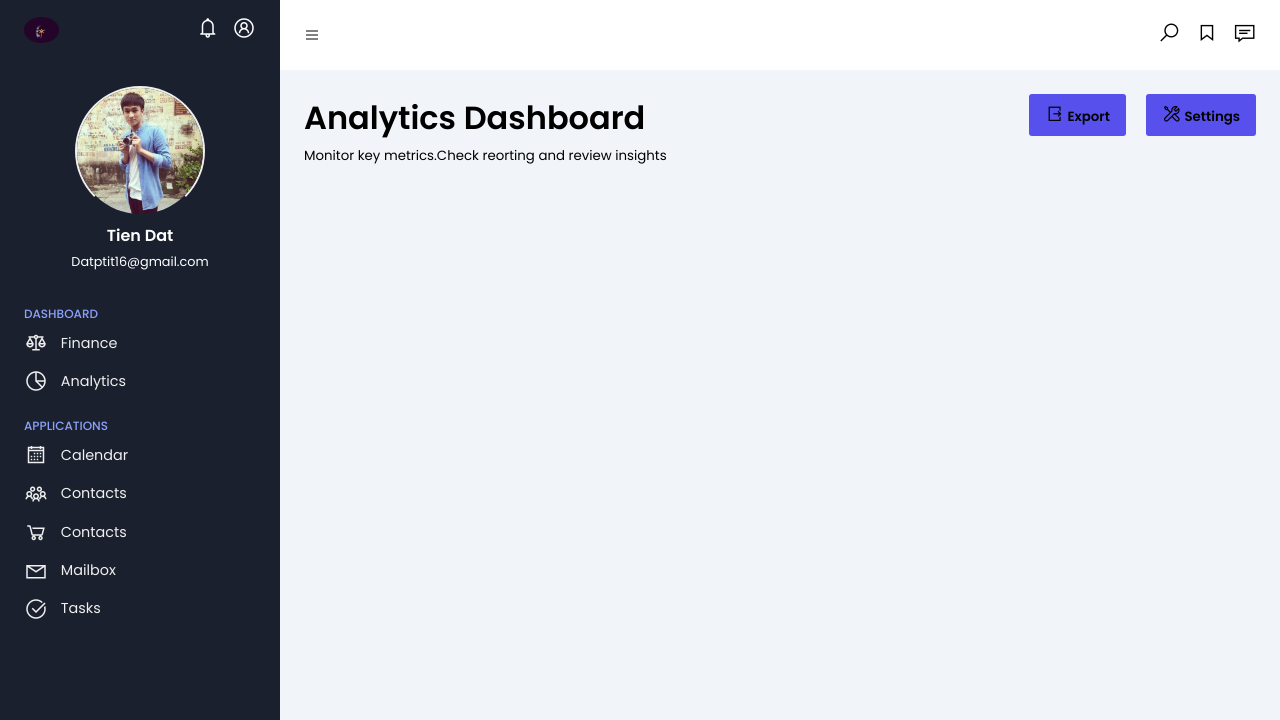
Repository: Datt21/dashboard-fe-project
Page: index.html
The author's editor kept a copy of each file at every save. The page is drawn from the files as they stood at one save, then again after the next save.
The browser window is 1280 px wide. The pictures show the whole page.

Above is the page before, as saved 2021-06-08 15:08:45.

### index.html
<!DOCTYPE html>
<html lang="en">
<head>
    <meta charset="UTF-8">
    <meta http-equiv="X-UA-Compatible" content="IE=edge">
    <meta name="viewport" content="width=device-width, initial-scale=1.0 maxium-scale=1.0">

    <!-- =============== UNICONS =================== -->
    <link rel="stylesheet" href="https://maxst.icons8.com/vue-static/landings/line-awesome/line-awesome/1.3.0/css/line-awesome.min.css">
    <!-- =============== GOOGLE FONT =============== -->

    <!-- =============== CSS ================== -->
    <link rel="stylesheet" href="./assets/css/style.css">

    <title>Tien Dat Admin Dashboard</title>

</head>
<body>
    <!-- ========== SIDEBAR======== -->
    <div class="sidebar">
    <!-- brand -->
         <div class="sidebar__brand">
             <div class="brand__flex">
                 <img src="./img/loGO1.jpg" width="35px" alt="">

                 <div class="brand__icons">
                     <span class="las la-bell"></span>
                     <span class="las la-user-circle"></span>
                 </div>
             </div>
         </div>
    <!-- main -->
         <div class="sidebar__main">
             <div class="sidebar__user">
                 <img src="./img/119942988_206292647508421_8132941228799644311_n.jpg" alt="">
                 <div>
                     <h3> Tien Dat</h3>
                     <span> Datptit16@gmail.com</span>
                 </div>
             </div>
             <div class="sidebar__menu">
                 <div class="menu-head">
                     <span> Dashboard</span>
                 </div>
                 <ul>
                     <li>
                         <a href="">
                         <span class="las la-balance-scale"></span>
                        Finance
                        </a>
                    </li>
                     <li>
                         <a href=""><span class="las la-chart-pie"></span>
                        Analytics
                         </a>
                    </li>
                 </ul>

                 <div class="menu-head">
                    <span> Applications</span>
                </div>
                <ul>
                    <li>
                        <a href="">
                        <span class="las la-calendar"></span>
                       Calendar
                       </a>
                   </li>
                    <li>
                        <a href=""><span class="las la-users"></span>
                       Contacts
                        </a>
                   </li>
                    <li>
                        <a href=""><span class="las la-shopping-cart"></span>
                       Contacts
                        </a>
                   </li>
                    <li>
                        <a href=""><span class="las la-envelope"></span>
                       Mailbox
                        </a>
                   </li>
                    <li>
                        <a href=""><span class="las la-check-circle"></span>
                       Tasks
                        </a>
                   </li>
                </ul>
             </div>
         </div>
    </div>

    <!-- ================== MAIN CONTENT===================== -->
    <div class="main__content">
        <header>
            <div class="menu__toggle">
                <lable for="">
                    <span class="las la-bars"></span>
                </lable>
            </div>

            <div class="hearder__icons">
                <span class="las la-search"></span>
                <span class="las la-bookmark"></span>
                <span class="las la-sms"></span>
            </div>
        </header>

        <main>
            <div class="page__header">
                <div>
                    <h1>Analytics Dashboard</h1>
                    <small>Monitor key metrics.Check reorting and review insights</small>
                </div>

                <div class="header__actions">
                    <button>
                        <span class="las la-file-export"></span>
                        Export
                    </button>
                    <button>
                        <span class="las la-tools"></span>
                        Settings
                    </button>
                </div>
            </div>
        </main>
    </div>
</body>
</html>

### assets/css/style.css
@import url('https://fonts.googleapis.com/css2?family=Poppins:wght@300;400;500;600&display=swap');

:root{
    --color-main: #1a202e;
}

*{
    font-family: 'Poppins', sans-serif ;
    box-sizing: border-box;
    text-decoration: none;
    list-style-type: none;
    margin: 0;
    padding: 0;
}

.sidebar{
    width: 280px;
    position: fixed;
    left: 0;
    top: 0;
    height: 100%;
    padding: 1rem 1.5rem;
    background: var(--color-main);
    color: #fff;
}

.sidebar__brand{
    height: 70px;
}

.brand__flex{
    display: flex;
    justify-content: space-between;
    align-items: center;
}

.brand__flex img{
    border-radius: 50%;
}

.brand__icons span{
    font-size: 1.5rem;
    margin-left: 0.5rem;
}

.sidebar__user{
    margin: 0rem 0rem 1rem 0rem;
    text-align: center;
}

.sidebar__user img{
    width: 130px;
    height: 130px;
    border-radius: 50%;
    border: 2px solid #efefef;
    border-top: 2px solid #efefef;
    border-left: 2px solid #efefef;
    border-right: 2px solid #efefef;
    border-bottom: 2px solid transparent;
}

.sidebar__user h3{
    font-size: 1rem;
}

.sidebar__user span{
    font-size: .8rem;
}

.sidebar__menu {
    margin-top: 2rem;
}

.menu-head {
    text-transform: uppercase;
    color: #8da2fb;
    font-size: .75rem;
    font-weight: 500;
    margin-bottom: 0.5rem;
}

.sidebar__menu ul{
    margin-bottom: 1.5rem;
}

.sidebar__menu li{
    margin-bottom: 0.9rem;

}

.sidebar__menu li a{
    color: #efefef;
    font-size: .9rem;
    display: flex;
    align-items: center;
}

.sidebar__menu li a span{
    font-size: 1.5rem;
    display: inline-block;
    margin-right: 0.8rem;
}



header{
    height: 70px;
    display: flex;
    justify-content: space-between;
    align-items: center;
    padding: 1rem 1.5rem;
}

.menu__toggle label{
    height: 60px;
    width: 60px;
    display: grid;
    place-items: center;
    font-size: 1.5rem;
    border-radius: 50%;
}

.hearder__icons span{
    display: inline-block;
    margin-left: .7rem;
    font-size: 1.4rem;
}

.menu__toggle label:hover {
    background: #efefef;
}

.main__content{
    margin-left: 280px;
}

main {
    padding: 1.5rem;
    background: #f1f5f9;
    min-height: calc(100vh - 70px);
}

.page__header {
    display: flex;
    justify-content: space-between;
}

.header__actions button {
    outline: none;
    background: #5850ec;
    border: none;
    padding: .6rem 1rem;
    margin-left: 1rem;
    border-radius: 3px;
    font-weight: 600;
}

.header__actions button span{
    font-size: 1.2rem;
}

After the next save:
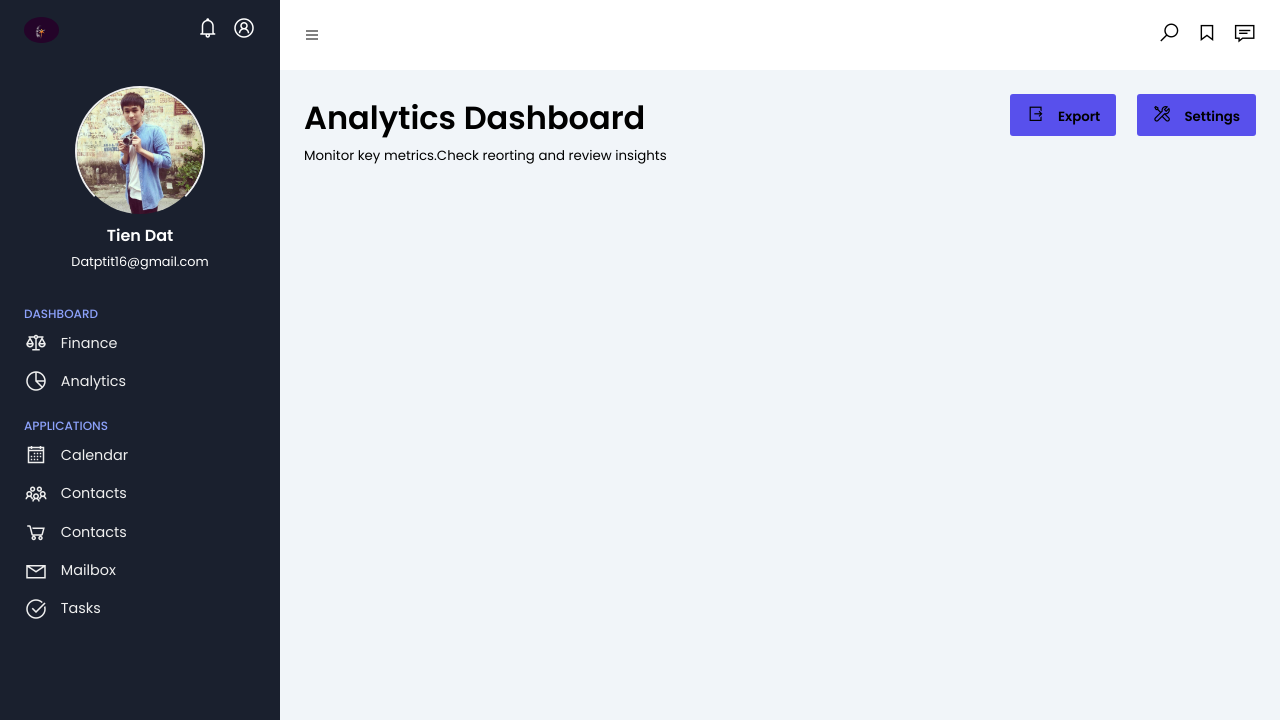
Saved 18 s later.
--- a/assets/css/style.css
+++ b/assets/css/style.css
@@ -157,4 +157,5 @@ main {
 
 .header__actions button span{
     font-size: 1.2rem;
+    margin-right: .6rem;
 }
